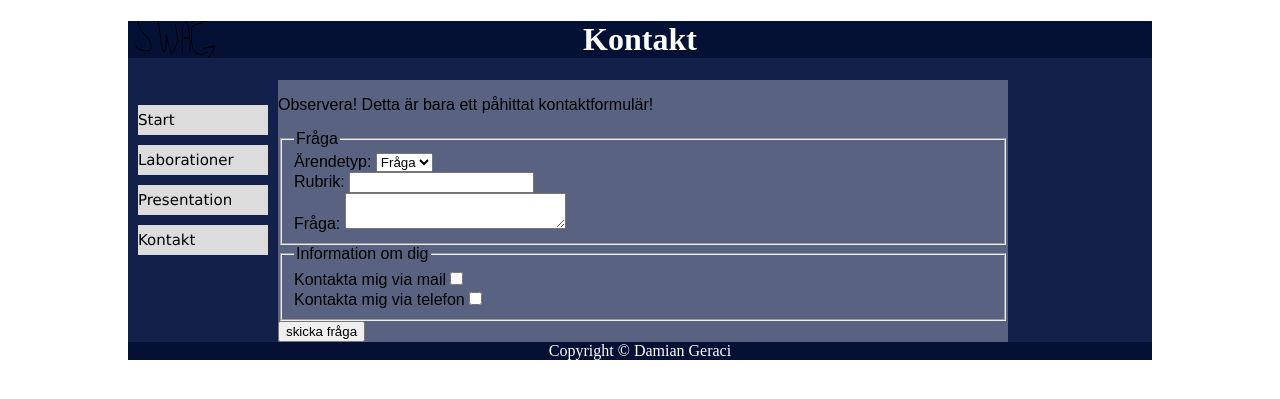
Repository: dg222dm/1ik415-laborationer
Page: pages/kontakt.html
The author's editor kept a record of every edit. The page is drawn from the files as they stood at one moment, then again after the next edit.
The browser window is 1280 px wide. The pictures show the whole page.

Above is the page before.

### pages/kontakt.html
<!doctype html>
<html lang="sv">
    <head>
        <link rel="stylesheet"  href="../css/style.css" />
        <meta charset="utf-8" />
        <title>Kontakt</title>
    </head>
    <body>
    <div id="background">
    <div id="header">
        <h1>Kontakt</h1>
    </div>
    <div id ="nav">
    <!--Lista med länkar -->
        <ul>
            <li><a href="../index.html">Start</a></li>
            <li><a href="laborationer.html">Laborationer</a></li>
            <li><a href="presentation.html">Presentation</a></li>
            <li><a class"kontakt" href="kontakt.html" >Kontakt</a></li>

<!--Slut på länk lista -->
        </ul>
    </div>
    <div id="content">
    <article>
        <p>Observera! Detta är bara ett påhittat kontaktformulär!</p>
        <form method="post" action="http://voyager.lnu.se/tekinet/kurser/dtt/wp_webbintro/form.php">

            <fieldset>
                <legend>Fråga</legend>
                 Ärendetyp:
                <select name="ärendetyp">

                      <option value="fråga">Fråga</option>
                      <option value="test">test</option>
                </select><br />
                Rubrik: <input type="text" name="rubrik"><br />
                Fråga: <textarea name="fråga" rows="2" cols="25">
                </textarea>
            </fieldset>
            <fieldset>
                <legend>Information om dig</legend>
                Kontakta mig via mail<input type="checkbox" name="kontaktamigviamail" value="mail"><br />
                Kontakta mig via telefon<input type="checkbox" name="kontaktamigviatelefon" value="telefon">
            </fieldset>
            <!-- fråga läraren -->
            <input type="submit" name="knapp" value="skicka fråga" />
        </form>
    </article>
    </div>
    <div id="footer">
        Copyright © Damian Geraci
    </div>
    </div>
    </body>
</html>

### css/style.css
#header {
    width:1024px;
    background-color:#051035;
    color:white;
    text-align:center;
    background-image: url(../css/pics/svgLogo.svg);
    background-size: 100px 100px;
    background-position: left -20px;
    background-repeat: no-repeat;

}
#nav ul{
    line-height:30px;
    background-color:#13214A;
    list-style-type: none;
    font-family: verdana;
    font-size:15px;
    float:left;
    padding: 0;
}

#nav li{
    margin: 10px ; /*Mellan rum mellan list items*/
}

.active {
    font-size:20px;
    text-align:center;
}

#nav a{
    display: block;
    width: 130px;
    background: #dcdcdc;
    text-decoration: none; /*tar bort understräcken*/
}

#nav a:link, #nav a:active, #nav a:visited {
    color: #000000;
}

#nav a:hover {
    background:#333333;
    color: #ffffff;
}

#background {
    width:1024px;
    height:auto;
    margin:0 auto;
    background-color:#13214A;
}



#footer {
    background-color:#051035;
    width:1024px;
    color:white;
    clear:both;
    text-align:center;

}

#content {
  width: 730px;
  float:left;
  background-color:#596381;
  height: auto;
  font-family: sans-serif;

}

.right {
    float: right;
    border:1px solid #021a40;
    padding: 1px;
}
.left {
    float: left;
    border:1px solid #021a40;
    padding: 1px;
}

.center {
    margin-left:220px;

  }

  table, td, th {
    border: 1px  solid;
}

th {
    background-color: green;
    color: white;
}
/*
header färg: #051035
nav fönster färg: #3E496F
bakgrundsfärg: #13214A
content färg: #596381
footer färg: #051035

*/

After the next edit:
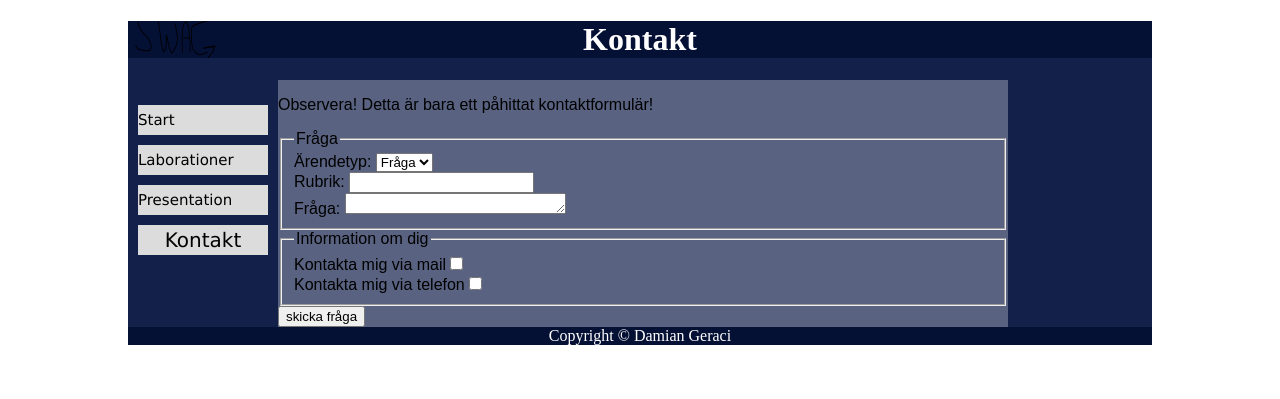
The edit:
--- a/pages/kontakt.html
+++ b/pages/kontakt.html
@@ -6,51 +6,51 @@
         <title>Kontakt</title>
     </head>
     <body>
-    <div id="background">
-    <div id="header">
-        <h1>Kontakt</h1>
-    </div>
-    <div id ="nav">
-    <!--Lista med länkar -->
-        <ul>
-            <li><a href="../index.html">Start</a></li>
-            <li><a href="laborationer.html">Laborationer</a></li>
-            <li><a href="presentation.html">Presentation</a></li>
-            <li><a class"kontakt" href="kontakt.html" >Kontakt</a></li>
+        <div id="background">
+        <div id="header">
+            <h1>Kontakt</h1>
+        </div>
+        <div id ="nav">
+        <!--Lista med länkar -->
+            <ul>
+                <li><a href="../index.html">Start</a></li>
+                <li><a href="laborationer.html">Laborationer</a></li>
+                <li><a href="presentation.html">Presentation</a></li>
+                <li class="active"><a href="kontakt.html" >Kontakt</a></li>
 
-<!--Slut på länk lista -->
-        </ul>
-    </div>
-    <div id="content">
-    <article>
-        <p>Observera! Detta är bara ett påhittat kontaktformulär!</p>
-        <form method="post" action="http://voyager.lnu.se/tekinet/kurser/dtt/wp_webbintro/form.php">
+    <!--Slut på länk lista -->
+            </ul>
+        </div>
+        <div id="content">
+        <article>
+            <p>Observera! Detta är bara ett påhittat kontaktformulär!</p>
+            <form method="post" action="http://voyager.lnu.se/tekinet/kurser/dtt/wp_webbintro/form.php">
 
-            <fieldset>
-                <legend>Fråga</legend>
-                 Ärendetyp:
-                <select name="ärendetyp">
+                <fieldset>
+                    <legend>Fråga</legend>
+                     Ärendetyp:
+                    <select name="ärendetyp">
 
-                      <option value="fråga">Fråga</option>
-                      <option value="test">test</option>
-                </select><br />
-                Rubrik: <input type="text" name="rubrik"><br />
-                Fråga: <textarea name="fråga" rows="2" cols="25">
-                </textarea>
-            </fieldset>
-            <fieldset>
-                <legend>Information om dig</legend>
-                Kontakta mig via mail<input type="checkbox" name="kontaktamigviamail" value="mail"><br />
-                Kontakta mig via telefon<input type="checkbox" name="kontaktamigviatelefon" value="telefon">
-            </fieldset>
-            <!-- fråga läraren -->
-            <input type="submit" name="knapp" value="skicka fråga" />
-        </form>
-    </article>
-    </div>
-    <div id="footer">
-        Copyright © Damian Geraci
-    </div>
-    </div>
+                          <option value="fråga">Fråga</option>
+                          <option value="test">test</option>
+                    </select><br />
+                    Rubrik: <input type="text" name="rubrik"><br />
+                    Fråga: <textarea name="fråga" rows="1" cols="25">
+                    </textarea>
+                </fieldset>
+                <fieldset>
+                    <legend>Information om dig</legend>
+                    Kontakta mig via mail<input type="checkbox" name="kontaktamigviamail" value="mail"><br />
+                    Kontakta mig via telefon<input type="checkbox" name="kontaktamigviatelefon" value="telefon">
+                </fieldset>
+                <!-- fråga läraren -->
+                <input type="submit" name="knapp" value="skicka fråga" />
+            </form>
+        </article>
+        </div>
+        <div id="footer">
+            Copyright © Damian Geraci
+        </div>
+        </div>
     </body>
 </html>
